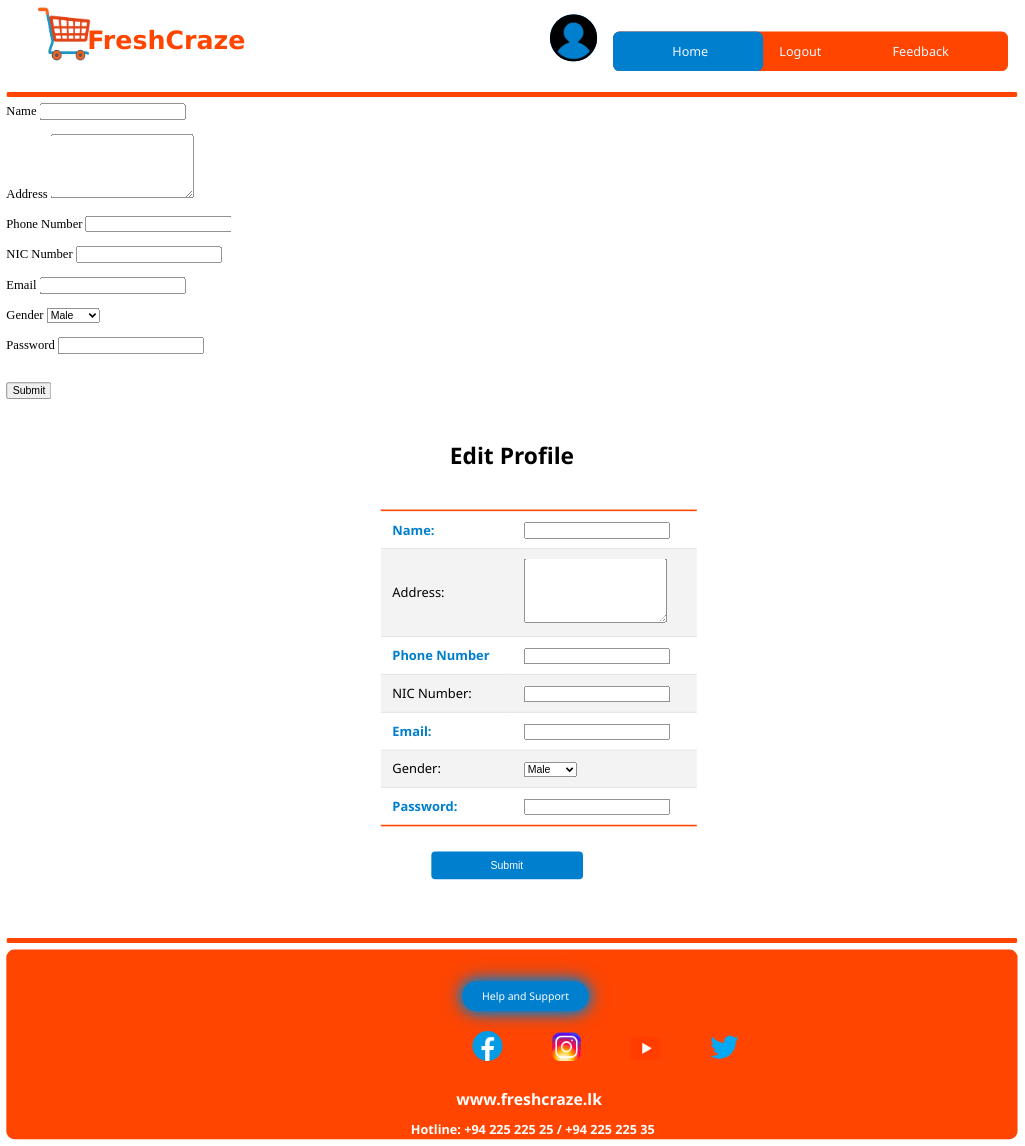
Repository: chamarac2002/FreshCraze
Page: http://localhost/CustomerDemo/customerinsert.jsp
The author's editor kept a copy of each file at every save. The page is drawn from the files as they stood at one save, then again after the next save.
The browser window is 1280 px wide. The page is 1288 px wide, then 1298 px, so the pictures cover 1298 px, including what lies to the right of the window. The pictures show the whole page, at 79% of full size.
The page is served by Tomcat 9. Nobody is signed in. The application's start-up code is not run. Other server files are loaded and not shown.

Above is the page before, as saved 2024-05-11 08:04:16.

### CustomerDemo/src/main/webapp/customerinsert.jsp
<%@ page language="java" contentType="text/html; charset=ISO-8859-1"
    pageEncoding="ISO-8859-1"%>
<!DOCTYPE html>

<html lang="en">
<head>
    <meta charset="UTF-8">
    <meta name="viewport" content="width=device-width, initial-scale=1.0">
    <title>Home Page</title>

    <link rel="stylesheet" href="Styles/updateStyle.css">
</head>

<body>

<img src="images\logo.png" class="logo" >

<a href="profile.jsp">
<img src="images\user.png" class="user">
</a>

    <h1 class="logo_topic">FreshCraze</h1>

    <nav class="navbar">
        <a href="HomePageAL.jsp">Home</a>
        <a href="HomePage.jsp">Logout</a>
        <a href="link">Feedback</a>
        <span></span>
    </nav>

<hr class="topic_line">








<form action="insert" method="post">
		Name <input type="text" name="name"><br><br>
		Address <textarea name="address" rows="5" cols="20"></textarea><br><br>
		Phone Number <input type="tel" name="phone"><br><br>
		NIC Number <input type="text" name="nic"><br><br>
		Email <input type="email" name="email"><br><br>
		Gender <select name = "gender" >
					<option value = "Male">Male</option>
					<option value = "Female">Female</option>
					<option value = "Other">Other</option>
				</select><br><br>
		Password <input type="password" name="pass"><br><br><br>

		<input type="submit" name="submit" value="Submit">
	</form>





<h1 class = "head">Edit Profile</h1>

<form action="insert" method="post">
	<table class = "table">

   		<tbody>
		<tr class="active-row">
			<td>Name:</td>
			<td><input type="text" name="name"></td>
		</tr>
		<tr>
			<td>Address:</td>
			<td><textarea name="address" rows="5" cols="20"></textarea></td>
		</tr>
		<tr class="active-row">
			<td>Phone Number</td>
			<td><input type="tel" name="phone"></td>
		</tr>
		<tr>
			<td>NIC Number:</td>
			<td><input type="text" name="nic"></td>
		</tr>
		<tr class="active-row">
			<td>Email:</td>
			<td><input type="email" name="email"></td>
		</tr>
		<tr>
			<td>Gender:</td>
			<td><select name = "gender" >
					<option value = "Male">Male</option>
					<option value = "Female">Female</option>
					<option value = "Other">Other</option>
				</select>
		</tr>
		<tr class="active-row">
			<td>Password:</td>
			<td><input type="password" name="pass"></td>
		</tr>
    </tbody>
	</table>
	<input type="submit" name="submit" class="sub" value="Submit"><br><br><br>
</form>


<hr class="footer_line">

<div class="footer">
    <a href="link" target="_blank">
    <button type="button" class="help_button">Help and Support</button>
    </a>

    <div class="fb_icon">
        <a href="https://www.facebook.com/" target="_blank"><img src="images/facebook.png"></a>
    </div>

    <div class="insta_icon">
        <a href="https://www.instagram.com/" target="_blank"><img src="images/insta.png"></a>
    </div>

    <div class="twitt_icon">
        <a href="https://www.twitter.com/" target="_blank"><img src="images/Twitter.png"></a>
    </div>

    <div class="yt_icon">
        <a href="https://www.youtube.com/" target="_blank"><img src="images/yt.png"></a>
    </div>
</div>

<div class="contacts">
    <h1 class="link">www.freshcraze.lk</h1>
    <h1>Hotline: +94 225 225 25 / +94 225 225 35</h1>
</div>

</body>
</html>

### CustomerDemo/src/main/webapp/Styles/updateStyle.css
body{
    background-color: #ffffff;
    background-repeat: no-repeat;
    background-attachment: fixed;
    background-position: center;
    width: 100%;
}

.logo{
    width: 70px;
    height: 70px;
    margin-left: 3%;
}

.user{
    width: 60px;
    height: 60px;
    margin-left: 45%;
    background-color: rgb(0, 127, 206);
    border-radius: 30px;
}

.logo_topic{
    font-family: verdana;
    margin-left: 8%;
    margin-top: -3.9%;
    color: orangered;
}

.navbar{
    margin-left:60%;
    margin-top:-4%;
    padding: 0;
    box-sizing: border-box;
    font-family: 'Segoe UI';
    display: flex;
    justify-content:center;
    align-items: center;
    min-height: 5vh;

    position:relative;
    background-color: orangered;
    border-radius: 8px;
    width: 500px;
    height: 50px;
    display: flex;
}

nav a{
    position: relative;
    display: inline-block;
    font-size: 1em;
    font-weight: 500;
    color: aliceblue;
    text-decoration: none;
    padding: 45px;
    z-index: 1;
}

nav span{
    position: absolute;
    top: 0;
    left: 0;
    width: 190px;
    height: 100%;
    background-color:rgb(0, 127, 206);
    border-radius: 8px;
    transition: .3s;
}

nav a:nth-child(1):hover~span{
    left: 0;
    width: 180px;
}

nav a:nth-child(2):hover~span{
    left: 180px;
    width: 130px;
}

nav a:nth-child(3):hover~span{
    left:320px;
    width: 180px;
}

.topic_line{
    border: none;
    margin-top: 2%;
    border-top: 7px solid orangered;
    border-radius: 10px;
}

.help_button{
    box-shadow:0 0 15px rgb(0, 127, 206),0 0 25px rgb(0, 127, 206);
    border: none;
    width: 160px;
    margin-left: 44%;
    font-family: 'Segoe UI';
    padding: 10px 12px;
    color: #ffffff;
    background-color:rgb(0, 127, 206);
    border-radius: 20px;
}

.help_button:hover{
    box-shadow: 0 0 25px rgb(0, 127, 206);
}

.fb_icon{
    margin-left: 560px;
    margin-top: 20px;
}

.insta_icon{
    margin-left: 660px;
    margin-top: -51px;
}

.yt_icon{
    margin-left: 760px;
    margin-top: -51px;
}

.twitt_icon{
    margin-left: 860px;
    margin-top: -51px;
}

.footer{
    height: 200px;
    background-color: orangered;
    padding-top: 40px;
    padding-left: 25px;
    border-radius: 10px;
}

.footer_line{
    border: none;
    margin-top: 3%;
    border-top: 7px solid orangered;
    border-radius: 10px;
}

.contacts{
    font-size: 8px;
    color:rgb(255, 255, 255);
    font-family: 'Segoe UI';
    margin-left: 40%;
    margin-top: -5%;
}

.link{
    font-size: 20px ;
    margin-top: -6%;
    margin-left: 7.5%;
}

.table {
    border-collapse: collapse;
    margin: 25px 0;
    font-size: 1.02em;
    font-family: 'Segoe UI';
    min-width: 400px;
    margin-left: 37%;
    margin-top: 3%;
}

.head {
	margin-top: 4%;
    text-align: center;
 	margin-bottom: 50px;
 	font-family: 'Segoe UI';
 	font-size: 1.8em;
}

.table th,
.table td {
    padding: 12px 15px;
}

.table tbody tr {
    border-bottom: 1px solid #dddddd;
}

.table tbody tr:nth-of-type(even) {
    background-color: #f3f3f3;
}

.table tbody tr:last-of-type {
    border-bottom: 2px solid orangered;
}

.table tbody tr:first-of-type {
    border-top: 2px solid orangered;
}

.table tbody tr.active-row {
    font-weight: bold;
    color: rgb(0, 127, 206);
}

.sub {
  	margin-left: 42%;
    margin-top: 0.5%;
    text-align: center;
    color : #ffffff;
  	width: 15%;
	padding: 10px;
 	background-color: rgb(0, 127, 206);
 	border: none;
 	border-radius: 5px;
 	cursor: pointer;
}

.sub:hover{
    background-color: orangered;
}

### CustomerDemo/src/main/webapp/Styles/loginStyle.css
body{
    background-color: #ffffff;
    background-repeat: no-repeat;
    background-attachment: fixed;
    background-position: center;
    width: 100%;
}

.logo{
    width: 70px;
    height: 70px;
    margin-left: 3%;
}

.logo_topic{
    font-family: verdana;
    margin-left: 8%;
    margin-top: -3.9%;
    color: orangered;
}

.navbar{
    margin-left:60%;
    margin-top:-4%;
    padding: 0;
    box-sizing: border-box;
    font-family: 'Segoe UI';
    display: flex;
    justify-content:center;
    align-items: center;
    min-height: 5vh;

    position:relative;
    background-color: orangered;
    border-radius: 8px;
    width: 500px;
    height: 50px;
    display: flex;
}

nav a{
    position: relative;
    display: inline-block;
    font-size: 1em;
    font-weight: 500;
    color: aliceblue;
    text-decoration: none;
    padding: 45px;
    z-index: 1;
}

nav span{
    position: absolute;
    top: 0;
    left: 0;
    width: 190px;
    height: 100%;
    background-color:rgb(0, 127, 206);
    border-radius: 8px;
    transition: .3s;
}

nav a:nth-child(1):hover~span{
    left: 0;
    width: 180px;
}

nav a:nth-child(2):hover~span{
    left: 180px;
    width: 130px;
}

nav a:nth-child(3):hover~span{
    left:320px;
    width: 180px;
}

.topic_line{
    border: none;
    margin-top: 2%;
    border-top: 7px solid orangered;
    border-radius: 10px;
}

.help_button{
    box-shadow:0 0 15px rgb(0, 127, 206),0 0 25px rgb(0, 127, 206);
    border: none;
    width: 160px;
    margin-left: 44%;
    font-family: 'Segoe UI';
    padding: 10px 12px;
    color: #ffffff;
    background-color:rgb(0, 127, 206);
    border-radius: 20px;
}

.help_button:hover{
    box-shadow: 0 0 25px rgb(0, 127, 206);
}

.fb_icon{
    margin-left: 560px;
    margin-top: 20px;
}

.insta_icon{
    margin-left: 660px;
    margin-top: -51px;
}

.yt_icon{
    margin-left: 760px;
    margin-top: -51px;
}

.twitt_icon{
    margin-left: 860px;
    margin-top: -51px;
}

.footer{
    height: 200px;
    background-color: orangered;
    padding-top: 40px;
    padding-left: 25px;
    border-radius: 10px;
}

.footer_line{
    border: none;
    margin-top: 3%;
    border-top: 7px solid orangered;
    border-radius: 10px;
}

.contacts{
    font-size: 8px;
    color:rgb(255, 255, 255);
    font-family: 'Segoe UI';
    margin-top: -5%;
    text-align: center;
}

.container {
  width: 300px;
  margin: 100px auto;
  padding: 20px;
  background-color: #fff;
  border-radius: 5px;
  box-shadow: 0 0 10px rgba(0, 0, 0, 0.1);
}

h2 {
  text-align: center;
  margin-bottom: 20px;
}

/* Form Styles */
.form-group {
  margin-bottom: 20px;
}

.form-group-sub {
  margin-bottom: 20px;
  text-align: center;
}

label {
  display: block;
  font-weight: bold;
}

input[type="email"],
input[type="password"] {
  width: calc(100% - 12px);
  padding: 10px;
  border: 1px solid #ccc;
  border-radius: 5px;
}

input[type="submit"] {
  color : #ffffff;
  width: 40%;
  padding: 10px;
  background-color: orangered;
  border: none;
  border-radius: 5px;
  cursor: pointer;
}

input[type="submit"]:hover {
  background-color: rgb(0, 127, 206);
}

After the next save:
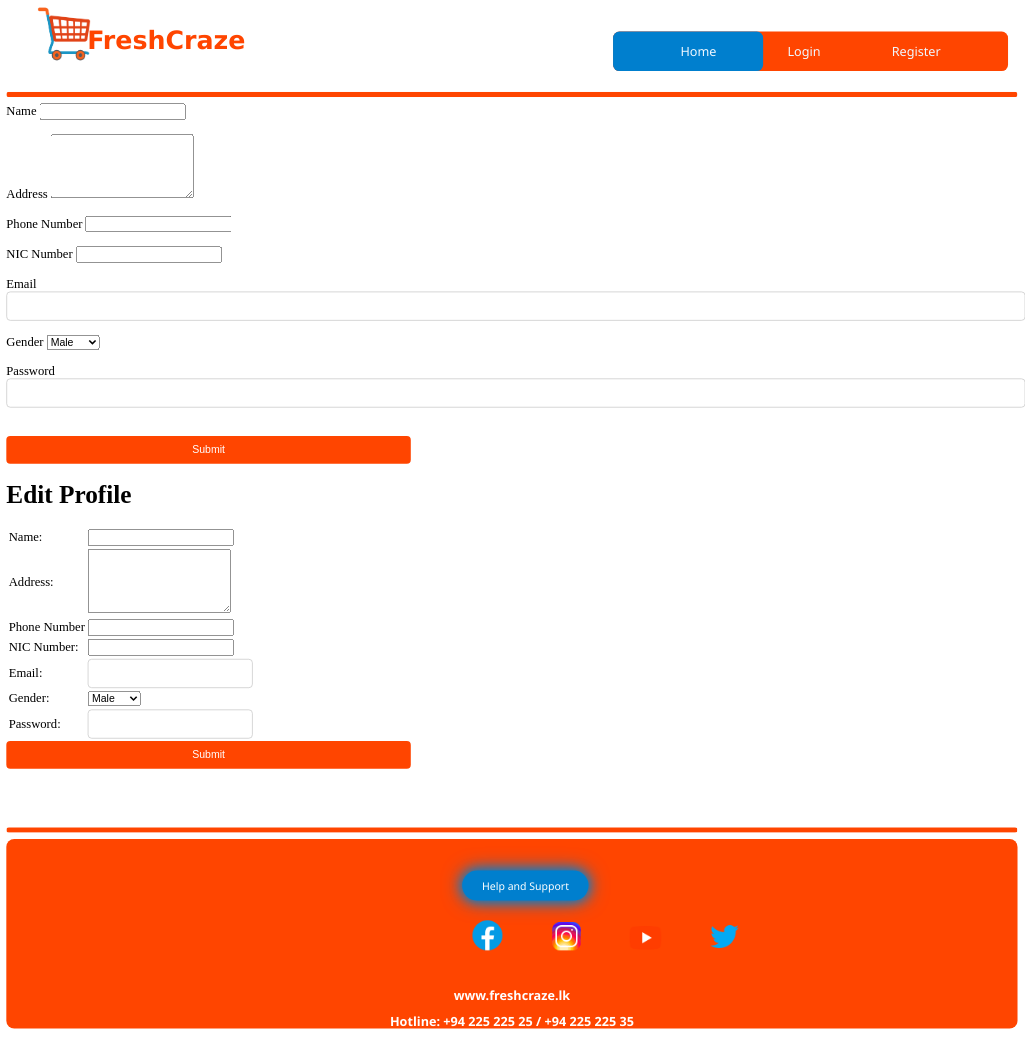
Saved 44 s later.
--- a/CustomerDemo/src/main/webapp/customerinsert.jsp
+++ b/CustomerDemo/src/main/webapp/customerinsert.jsp
@@ -8,23 +8,19 @@
     <meta name="viewport" content="width=device-width, initial-scale=1.0">
     <title>Home Page</title>
 
-    <link rel="stylesheet" href="Styles/updateStyle.css">
+    <link rel="stylesheet" href="Styles/loginStyle.css">
 </head>
 
 <body>
 
 <img src="images\logo.png" class="logo" >
 
-<a href="profile.jsp">
-<img src="images\user.png" class="user">
-</a>
-
     <h1 class="logo_topic">FreshCraze</h1>
 
     <nav class="navbar">
-        <a href="HomePageAL.jsp">Home</a>
-        <a href="HomePage.jsp">Logout</a>
-        <a href="link">Feedback</a>
+        <a href="HomePage.jsp">Home</a>
+        <a href="login.jsp">Login</a>
+        <a href="customer registration.html">Register</a>
         <span></span>
     </nav>
 
